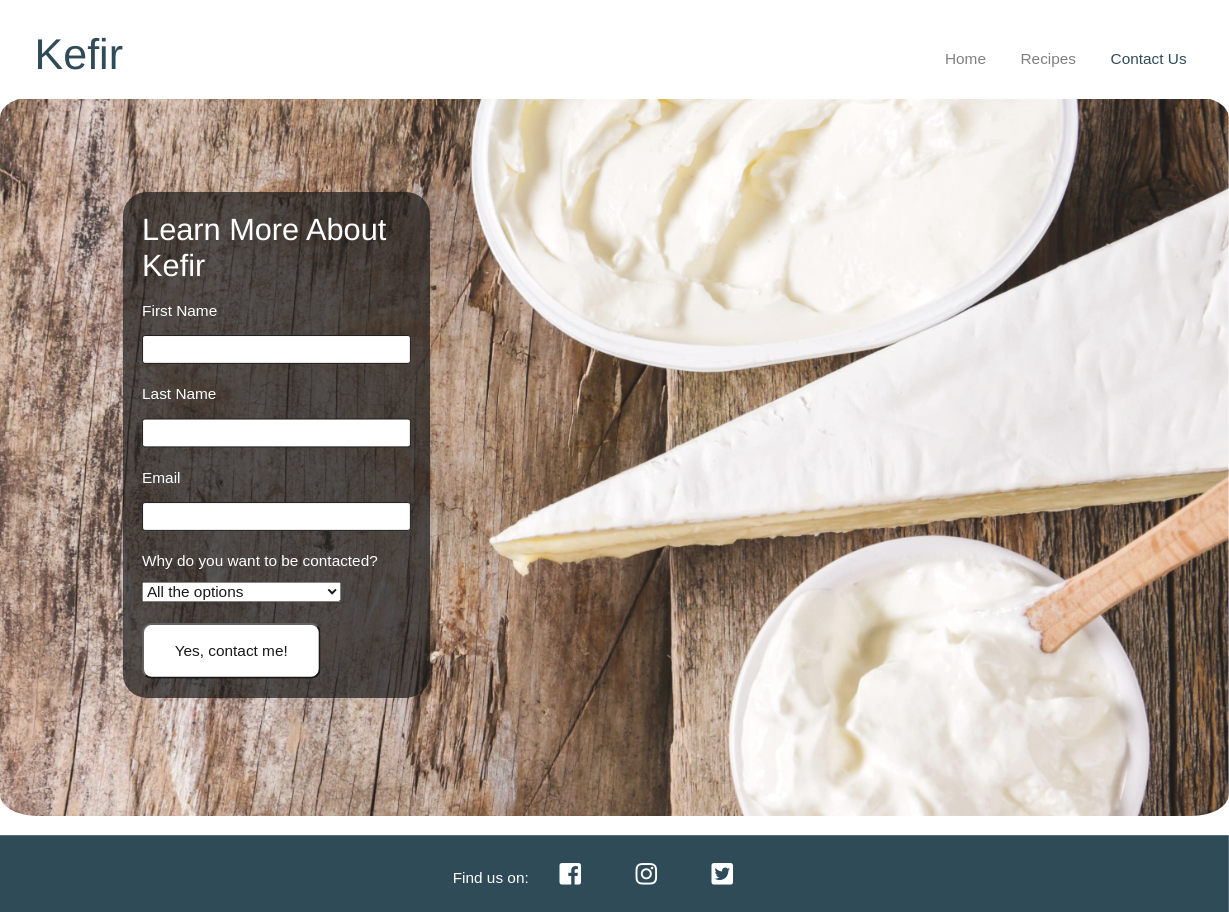
Repository: Code-Institute-Submissions/andna5980-kefir-repo_JuneResub
Page: contact.html
The author's editor kept a copy of each file at every save. The page is drawn from the files as they stood at one save, then again after the next save.
The browser window is 1280 px wide. The pictures show the whole page, at 96% of full size.
Some web fonts or font styles are not loaded; a fallback is used. Some web libraries are served in a nearby version.

Above is the page before, as saved 2021-03-04 23:34:37.

### contact.html
<!DOCTYPE html>
<html lang="en-US">

<head>
    <meta charset="UTF-8">
    <meta name="viewport" content="width=device-width, initial-scale=1.0">
    <meta name="author" content="Andres Navarrete">
    <meta name="description"
        content="Kefir, meet the power of nature. Bring the right knowledge and the best recipes from mother nature">
    <meta name="keywords" content="Kefir, recipes, natural-products, home-made, organic, healthy">
    <title>KEFIR | MEET THE POWER OF NATURE</title>
    <link rel="stylesheet" href="https://cdn.jsdelivr.net/npm/bootstrap@4.5.3/dist/css/bootstrap.min.css"
        integrity="sha384-TX8t27EcRE3e/ihU7zmQxVncDAy5uIKz4rEkgIXeMed4M0jlfIDPvg6uqKI2xXr2" crossorigin="anonymous">
    <link rel="stylesheet" href="https://use.fontawesome.com/releases/v5.6.3/css/all.css"
        integrity="sha384-UHRtZLI+pbxtHCWp1t77Bi1L4ZtiqrqD80Kn4Z8NTSRyMA2Fd33n5dQ8lWUE00s/" crossorigin="anonymous">
    <link href="./assets/styles/style.css" rel="stylesheet">
</head>

<body>
    <!--------------------Main-Header-------------------------------------->
    <header>
        <nav class="navbar navbar-expand-md navbar-light fixed-top navbar-bg">
            <a class="navbar-brand" href="index.html">Kefir</a>
            <button class="navbar-toggler" type="button" data-toggle="collapse" data-target="#navbarNav"
                aria-controls="navbarNav" aria-expanded="false" aria-label="Toggle navigation">
                <span class="navbar-toggler-icon"></span>
            </button>
            <div class="collapse navbar-collapse menu-items" id="navbarNav">
                <ul class="navbar-nav">
                    <li class="nav-item">
                        <a class="nav-link" href="index.html">Home </a>
                    </li>
                    <li class="nav-item">
                        <a class="nav-link" href="recipes.html">Recipes</a>
                    </li>
                    <li class="nav-item active">
                        <a class="nav-link" href="contact.html">Contact Us<span class="sr-only">(current)</span></a>
                    </li>
                </ul>
            </div>
        </nav>
    </header>

    <!--------------------Form-section-------------------------------------->


    <section class="form-section">

        <form method="POST" action="https://formdump.codeinstitute.net/" class="contact-form">
            <h2>Learn More About Kefir</h2>
            <label for="fname">First Name</label>
            <input type="text" required id="fname" name="first_name" class="text-input">
            <label for="lname">Last Name</label>
            <input type="text" required id="lname" name="last_name" class="text-input">
            <label for="email">Email</label>
            <input type="email" required id="email" name="email_address" class="text-input">

            <label for="reason">Why do you want to be contacted?</label>
            <select name="reason" id="reason">
                <option value="information">General Information</option>
                <option value="recipes">Kefir Recipes</option>
                <option value="join">Join The Kefir Community</option>
                <option value="all" selected="">All the options</option>

                <input type="submit" value="Yes, contact me!" class="button">
        </form>


    </section>

</body>


<footer>
    <div class="social-networks">
        <span>Find us on:</span>
        <a href="http://facebook.com" target="_blank"><i class="fab fa-facebook-square"></i></a>

        <a href="http://instagram.com" target="_blank"><i class="fab fa-instagram"></i></a>

        <a href="http://twitter.com" target="_blank"><i class="fab fa-twitter-square"></i></a>
    </div>
</footer>



<script src="https://code.jquery.com/jquery-3.2.1.slim.min.js"
    integrity="sha384-KJ3o2DKtIkvYIK3UENzmM7KCkRr/rE9/Qpg6aAZGJwFDMVNA/GpGFF93hXpG5KkN"
    crossorigin="anonymous"></script>
<script src="https://cdnjs.cloudflare.com/ajax/libs/popper.js/1.12.9/umd/popper.min.js"
    integrity="sha384-ApNbgh9B+Y1QKtv3Rn7W3mgPxhU9K/ScQsAP7hUibX39j7fakFPskvXusvfa0b4Q"
    crossorigin="anonymous"></script>
<script src="https://maxcdn.bootstrapcdn.com/bootstrap/4.0.0/js/bootstrap.min.js"
    integrity="sha384-JZR6Spejh4U02d8jOt6vLEHfe/JQGiRRSQQxSfFWpi1MquVdAyjUar5+76PVCmYl"
    crossorigin="anonymous"></script>

</html>

### assets/styles/style.css
@import url('https://fonts.googleapis.com/css2?family=Amatic+SC&family=Caveat+Brush&display=swap');
body {
    font-family: Arial, Helvetica, sans-serif;
    color: #2F4B58;
    max-width: 2000px;
}

h1,h2,h3 {
    font-family: Caveat Brush, Helvetica, sans-serif;
    color: #2F4B58;
}

/*----------------------BORDER ROWS AND COLUMNS----------*/

.test-red {
    border: 3px solid red
}

.test-blue {
    border: 1px solid blue
}

/*-----------------------Header ----------*/

.navbar-brand {
    font-family: Caveat Brush, Helvetica, sans-serif;
    font-size: 280%;
    margin-left: 20px;
    margin-top: 10px;
}

.navbar-light .navbar-brand {
    color: #2F4B58;
}

.navbar-light .navbar-nav .active>.nav-link, .navbar-light .navbar-nav .nav-link.active, .navbar-light .navbar-nav .nav-link.show, .navbar-light .navbar-nav .show>.nav-link {
    color: #2f4b58;
}

.fixed-top{
    position: fixed;
    z-index: 5;
}

.navbar-bg{
    background: white;
}


.menu-items{
    justify-content: flex-end;
}

.navbar-nav li a {
    margin-top: 20px;
    color: #2F4B58;
    text-align: right;
    margin-right: 20px;
}

.navbar-nav li a {
    margin-top: 20px;
    color: #2F4B58;
}

.navbar-toggler {
    border: 2px solid #2F4B58;
    color: #2F4B58;
}


/*-----------------------Hero-Image ----------*/

.container-hero {
    height: 400px;
    overflow: hidden;
    margin-top: 40px;
}

.hero-image {
    height: 400px;
    /* width: 110%; */
    width: 140%;
    background: url(../images/milk-kefir-grains-spoon_1024x1024.jpg) no-repeat center;
    animation-name: hero-zoom;
    animation-duration: 4s;
    animation-fill-mode: forwards;
}

.cover-text h2 {
    color: whitesmoke;
    font-size: 140%;
    letter-spacing: 4px;
    text-align: center;
    width: 200px;
    height: 75px;
    padding-top: 10px;
    background-color: rgba(0, 0, 0, .5);
    border-radius: 30px;
    top: 175px;
    left: 10%;
    position: absolute;
}

/*------Animation of the Hero image-------*/

@keyframes hero-zoom {
    from {
        transform: scale(1);
    }
    to {
        transform: scale(1.2);
    }
}

/*-----------------------What-is-kefir-are----------*/

.welcome-text {
    text-align: center;
    margin: 25px 0;
    padding-top: 30px;
}

.kefir-description {
    padding: 10px 40px 40px 40px;
}

.kefir-description-image {
    padding-top: 10px;
    text-align: center;
}

/*-----------------------Kefir-Benefits-Area----------*/

.recipes-section{
    margin-top: 100px;
}

.benefits-title {
    text-align: center;
    margin: 20px 0;
}

.benefits-row {
    padding: 40px;
    color: #2F4B58;
}

.benefits-box {
    padding-top: 20px;
}

.benefits-box1 {
    background-color: #ECECDE;
    padding-top: 20px;
}

/*-----------------------Testimonies----------*/

.testimonies-title {
    text-align: center;
    margin: 25px 0;
    margin-top: 10px;
    margin-bottom: 20px;
}

.testimony-image1 {
    padding-top: 40px;
    /* padding-left: 50px;  */
    display: flex;
    justify-content: center;
}

.testimony-image2 {
    padding-top: 15px;
    /* padding-left: 100px;  */
    display: flex;
    justify-content: center;
}

.testimony-box {
    padding: 50px 50px 20px 50px;
    justify-content: center;
}

img {
    border-radius: 25%;
}

/*-----------------------Recipes-Page----------*/

.recipes-title {
    text-align: center;
}

.recipes-images .col-6 {
    padding-right: 1px ;
    padding-left: 1px;
}

.picture-box {
    padding-top: 10px;
    display: flex;
    justify-content: center;
}

/*-----------------------Contact-Page----------*/

.form-section {
    clear: right;
    background: url(../images/milk-products-dairy-wood-table.jpg) no-repeat center;
    opacity: 0.9;
    background-size: cover;
    background-position: right;
    height: 750px;
    border-radius: 3%;
    margin-top: 100px;
}

.contact-form {
    margin-top: 100px;
    color: white;
    background-color: rgba(0, 0, 0, 0.7);
    max-width: 320px;
    position: absolute;
    left: 10%;
    padding: 20px;
    border-radius: 25px;
}

.contact-form>h2 {
    margin-bottom: 15px;
    font-size: xx-large;
    color: white;
}

.text-input {
    background: white;
    color: black;
    width: 100%;
    height: 30px;
    margin: 5px 0 20px 0;
    border: 1px solid black;
    border-radius: 3px;
}

.button {
    margin-top: 20px;
    border-radius: 10px;
    padding: 15px 32px 15px 32px;
    text-align: center;
    font-size: 100%;
    background-color: white;
    color: black;
    display: block;
}

.button:hover {
    background-color: black;
    color: white;
}

/*-----------------------Footer----------*/

footer {
    height: 80px;
    width: 100%;
    background-color: #2F4B58;
    overflow: hidden;
    margin-top: 20px;
}

.social-networks {
    text-align: center;
    margin-right: 20px;
}

.social-networks a {
    color: white;
    display: inline-block;
    margin: 1px;
    padding: 2%;
    transition: all 0.35s ease-in-out;
    -moz-transition: all 0.35s ease-in-out;
    -webkit-transition: all 0.35s ease-in-out;
    -o-transition: all 0.35s ease-in-out;
}

.social-networks a i:hover {
    color: black;
}

.social-networks i {
    font-size: 160%;
    margin: 1%;
    padding: 5%;
    color: white;
}

.social-networks span {
    color: white;
}

After the next save:
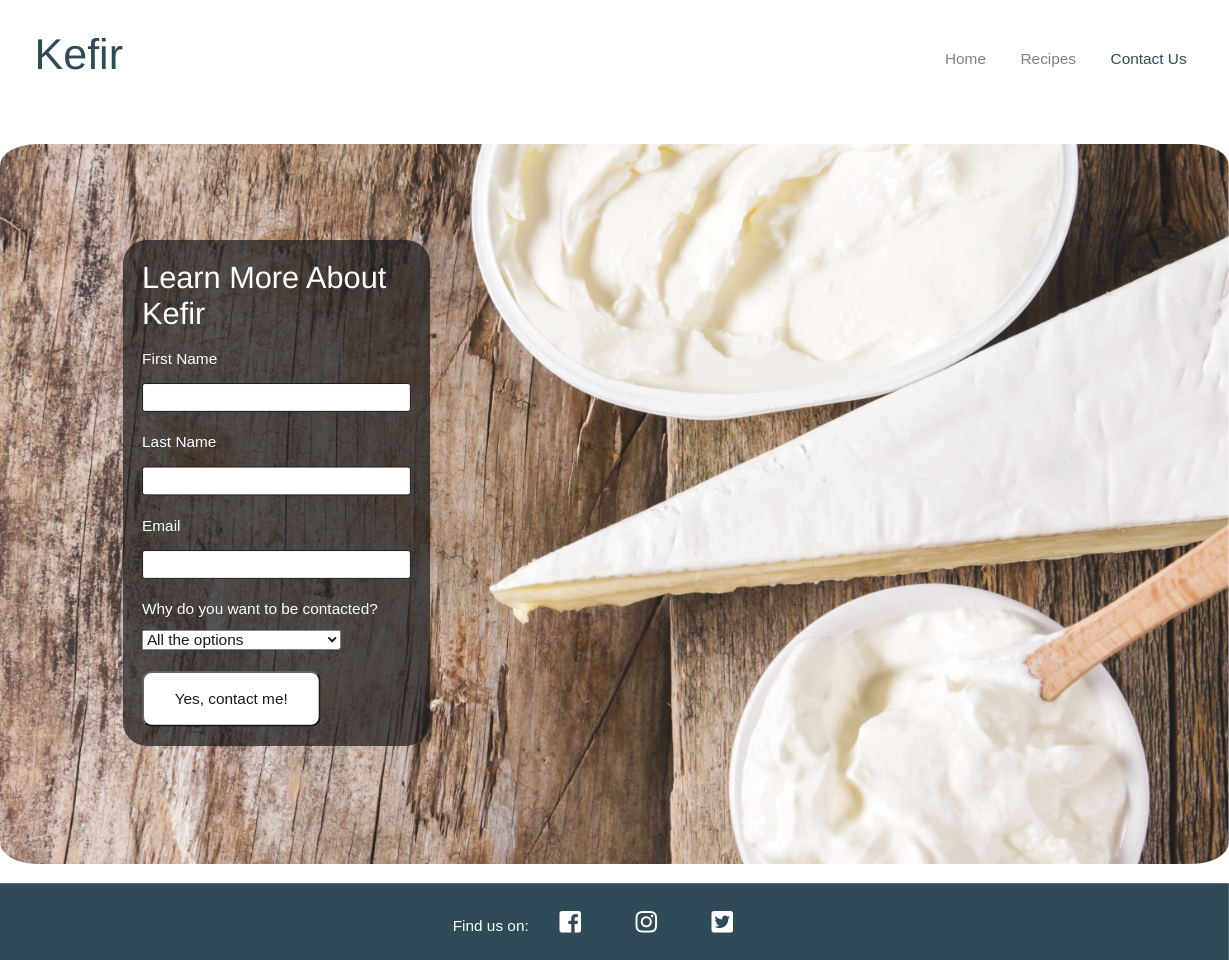
Saved 13 s later.
--- a/assets/styles/style.css
+++ b/assets/styles/style.css
@@ -214,7 +214,7 @@
     background-position: right;
     height: 750px;
     border-radius: 3%;
-    margin-top: 100px;
+    margin-top: 150px;
 }
 
 .contact-form {

After the save that followed:
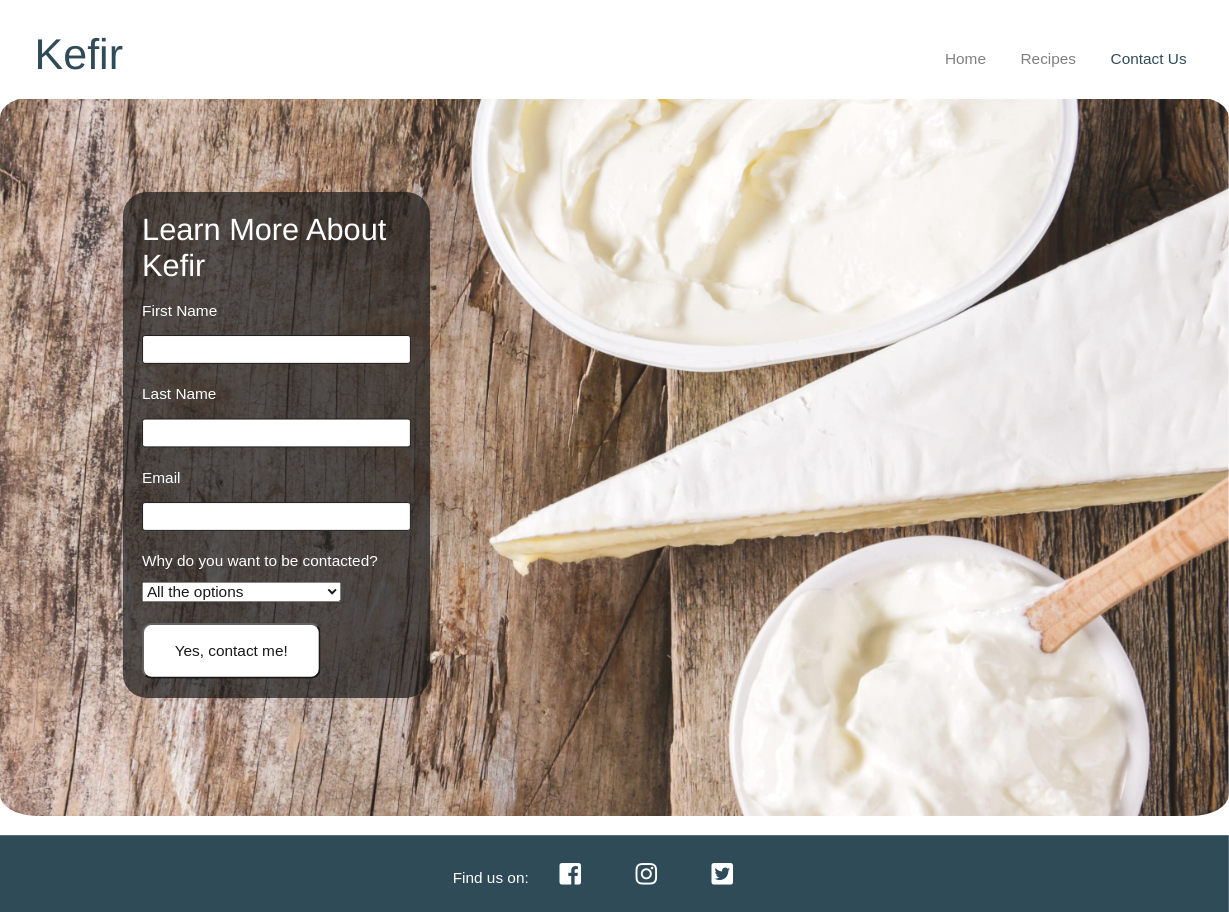
Saved 51 s later.
--- a/assets/styles/style.css
+++ b/assets/styles/style.css
@@ -214,7 +214,7 @@
     background-position: right;
     height: 750px;
     border-radius: 3%;
-    margin-top: 150px;
+    margin-top: 100px;
 }
 
 .contact-form {
